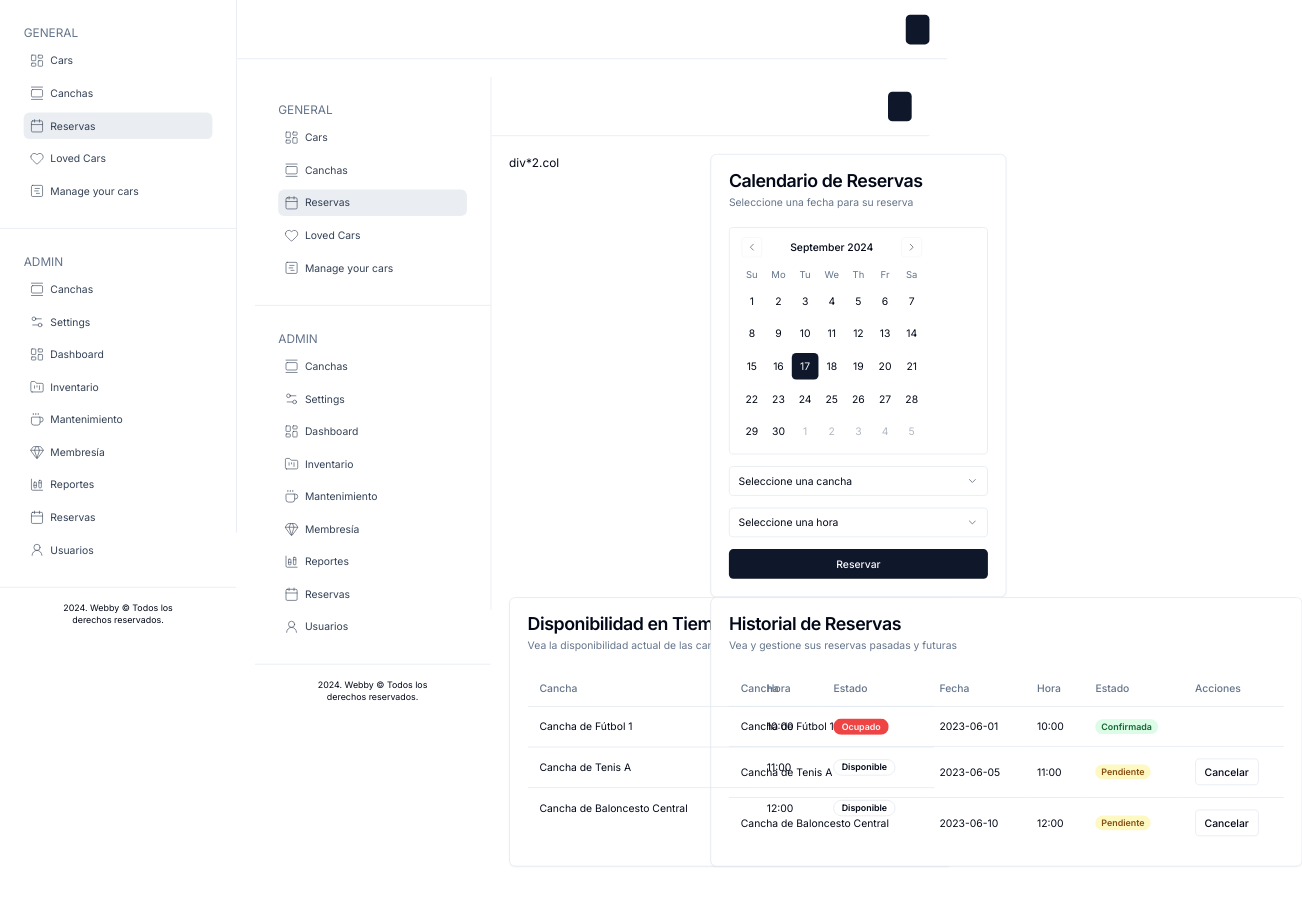
Repository: Jackson-sch/cdeporte
Page: /reservas
The author's editor kept a copy of each file at every save. The page is drawn from the files as they stood at one save, then again after a run of saves.
The browser window is 1280 px wide. The page is 1760 px wide, then 1536 px, so the pictures cover 1760 px, including what lies to the right of the window. The pictures show the whole page, at 74% of full size.
The project was rebuilt for these pictures with package versions that can differ from the ones it lists, and the page was loaded fresh each time. The framework's server and built-in components were replaced by stand-ins that run in the browser. Also part of the build but not shown: next.config.mjs, src/components/ui/label.jsx, src/components/ui/input.jsx, src/components/Reservas/HistorialReserva.jsx.

Above is the page before, as saved 2024-09-17 20:04:47.

After the next 2 saves:
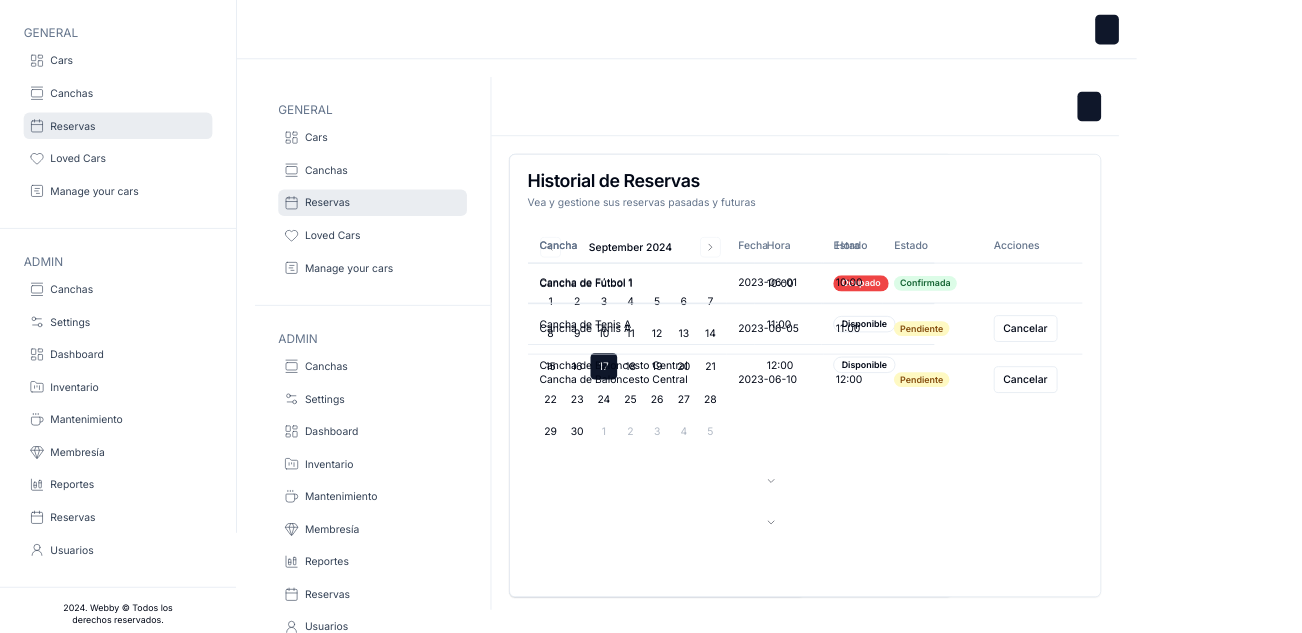
The 2 saves are shown as one change because they came seconds apart.
The last was saved 17 s later.
--- a/src/app/(routes)/(cliente)/reservas/page.jsx
+++ b/src/app/(routes)/(cliente)/reservas/page.jsx
@@ -28,7 +28,8 @@ export default function ReservationCalendar() {
 
   return (
     <div className='grid grid-cols-1 md:grid-cols-2'>
-      div*2.col
+      <div className="col-span-3"></div>
+      <div className="col-span-3"></div>
     <Card className="w-[400px]">
       <CardHeader>
         <CardTitle>Calendario de Reservas</CardTitle>
